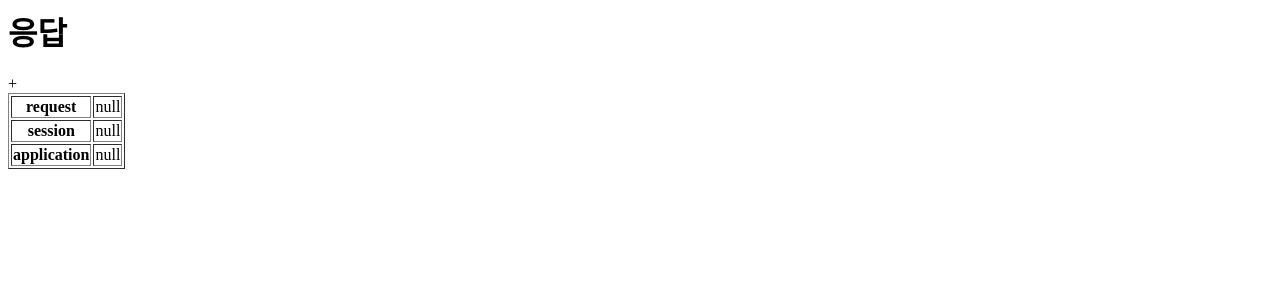
Repository: december-moon/WEB
Page: http://localhost/Jsp06_Scope/scope.do
These files come from the project's save history. The page is drawn as it stood at one moment and after the next save; the edit follows.
The browser window is 1280 px wide. The pictures show the whole page.
The page is served by Tomcat 9.

Above is the page before, as saved 2021-02-23 05:36:44.

### Jsp06_Scope/src/com/scope/controller/ScopeController.java
package com.scope.controller;

import java.io.IOException;
import java.io.PrintWriter;

import javax.servlet.ServletContext;
import javax.servlet.ServletException;
import javax.servlet.annotation.WebServlet;
import javax.servlet.http.HttpServlet;
import javax.servlet.http.HttpServletRequest;
import javax.servlet.http.HttpServletResponse;
import javax.servlet.http.HttpSession;

@WebServlet("/ScopeController")
public class ScopeController extends HttpServlet {
	private static final long serialVersionUID = 1L;

    public ScopeController() {
    }

	protected void doGet(HttpServletRequest request, HttpServletResponse response) throws ServletException, IOException {
		request.setCharacterEncoding("UTF-8");
		response.setContentType("text/html; charset=UTF-8");

		String requestId = request.getAttribute("requestId")+"";

		HttpSession session = request.getSession();
		String sessionId = session.getAttribute("sessionId")+"";

		ServletContext application = getServletContext();
		String applicationId = application.getAttribute("applicationId")+"";

		System.out.println("requestId : "+requestId);
		System.out.println("sessionId : "+sessionId);
		System.out.println("applicationId : "+applicationId);

		PrintWriter out = response.getWriter();
		String html = "<h1>응답</h1>"
					+ "<table border='1'>"
						+ "<tr>"
							+ "<th>request</th>"
							+ "<td>"+requestId+"</td>"
						+"</tr>"
						+"<tr>"
							+"<th>session</th>"
							+"<td>"+sessionId+"</td>"
						+"</tr>"
						+"<tr>"
							+"<th>application</th>"
							+ "+<td>" + applicationId+"</td>"
						+"</tr>"
					+ "</table>";
		out.println(html);
	}

	protected void doPost(HttpServletRequest request, HttpServletResponse response) throws ServletException, IOException {
		doGet(request, response);
	}

}

After the next save:
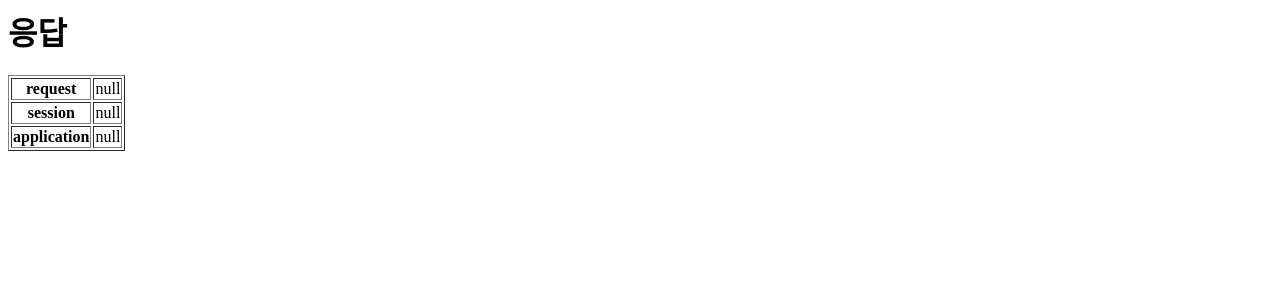
Saved 2 min 11 s later.
--- a/Jsp06_Scope/src/com/scope/controller/ScopeController.java
+++ b/Jsp06_Scope/src/com/scope/controller/ScopeController.java
@@ -47,7 +47,7 @@ public class ScopeController extends HttpServlet {
 						+"</tr>"
 						+"<tr>"
 							+"<th>application</th>"
-							+ "+<td>" + applicationId+"</td>"
+							+ "<td>" + applicationId+"</td>"
 						+"</tr>"
 					+ "</table>";
 		out.println(html);
